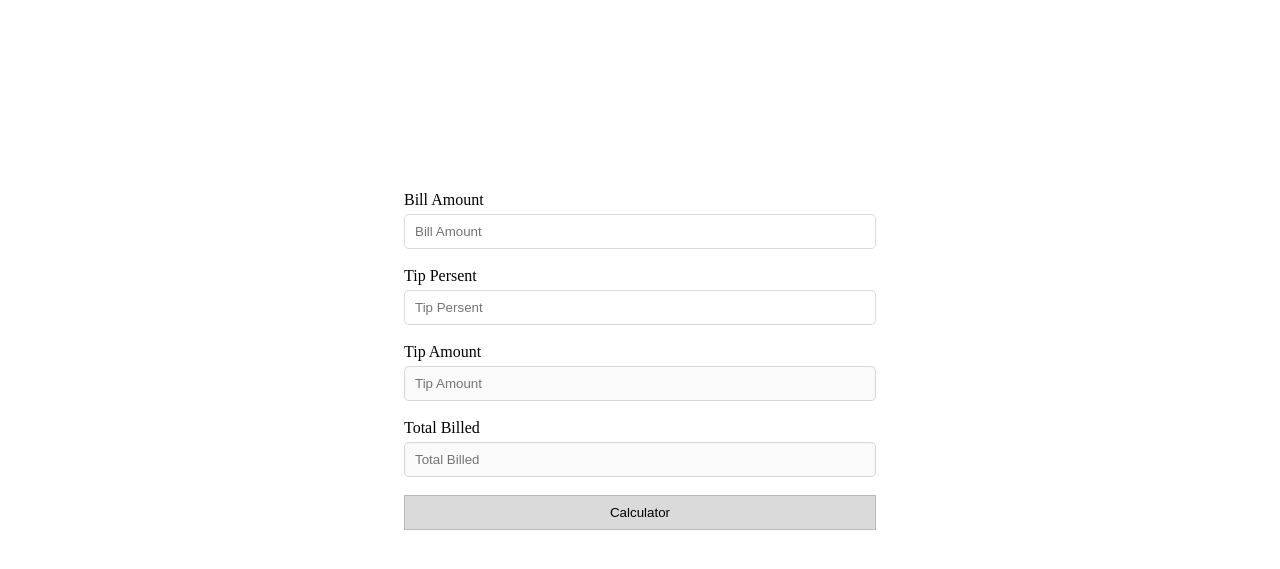
Repository: ZainAkbar51214/Tip-Calculator
Page: index.html
The author's editor kept a copy of each file at every save. The page is drawn from the files as they stood at one save, then again after the next save.
The browser window is 1280 px wide. The pictures show the whole page.
The style sheet was rebuilt from its Sass, Less or Tailwind sources for each picture, by a compiler version that may differ from the author's.

Above is the page before, as saved 2024-03-25 10:32:28.

After the next save:
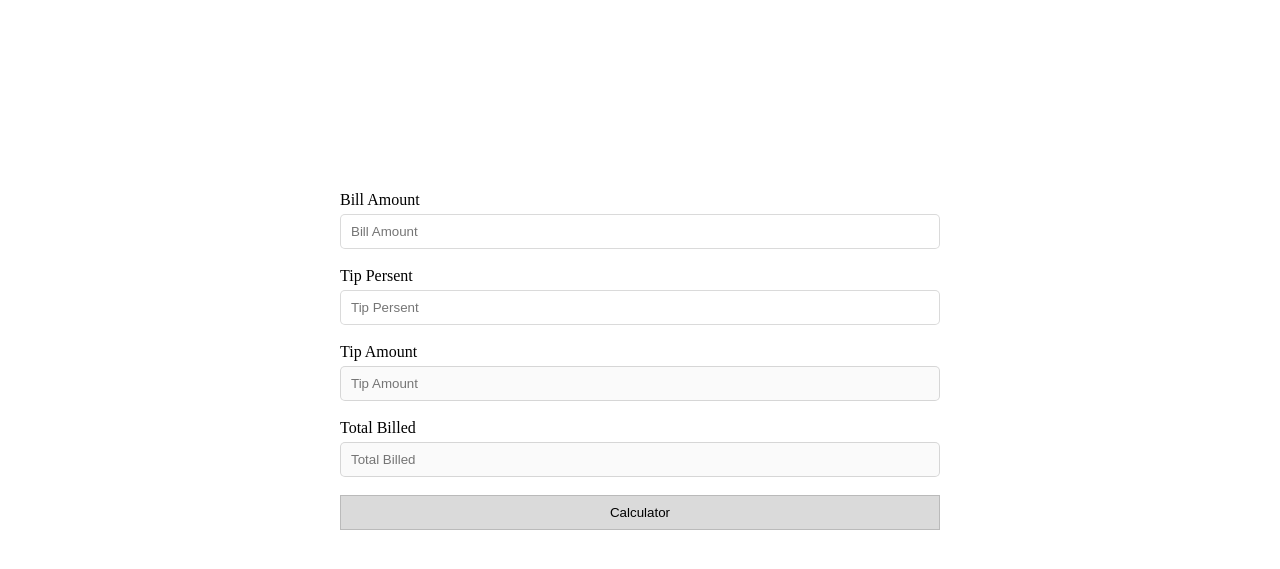
Saved 24 s later.
--- a/css/style.scss
+++ b/css/style.scss
@@ -21,7 +21,7 @@
         width: 100%;
 
         .col {
-            flex: 0 0 40%;
+            flex: 0 0 50%;
             margin: auto;
             padding: 20px;
 

After the save that followed:
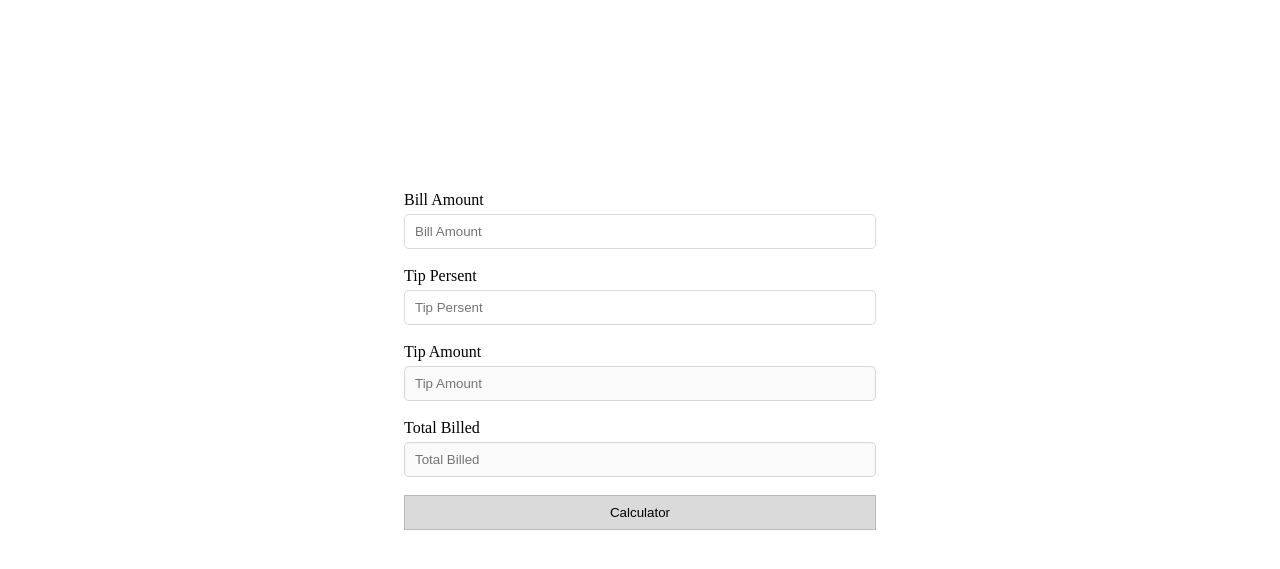
Saved 4 s later.
--- a/css/style.scss
+++ b/css/style.scss
@@ -21,7 +21,7 @@
         width: 100%;
 
         .col {
-            flex: 0 0 50%;
+            flex: 0 0 40%;
             margin: auto;
             padding: 20px;
 
